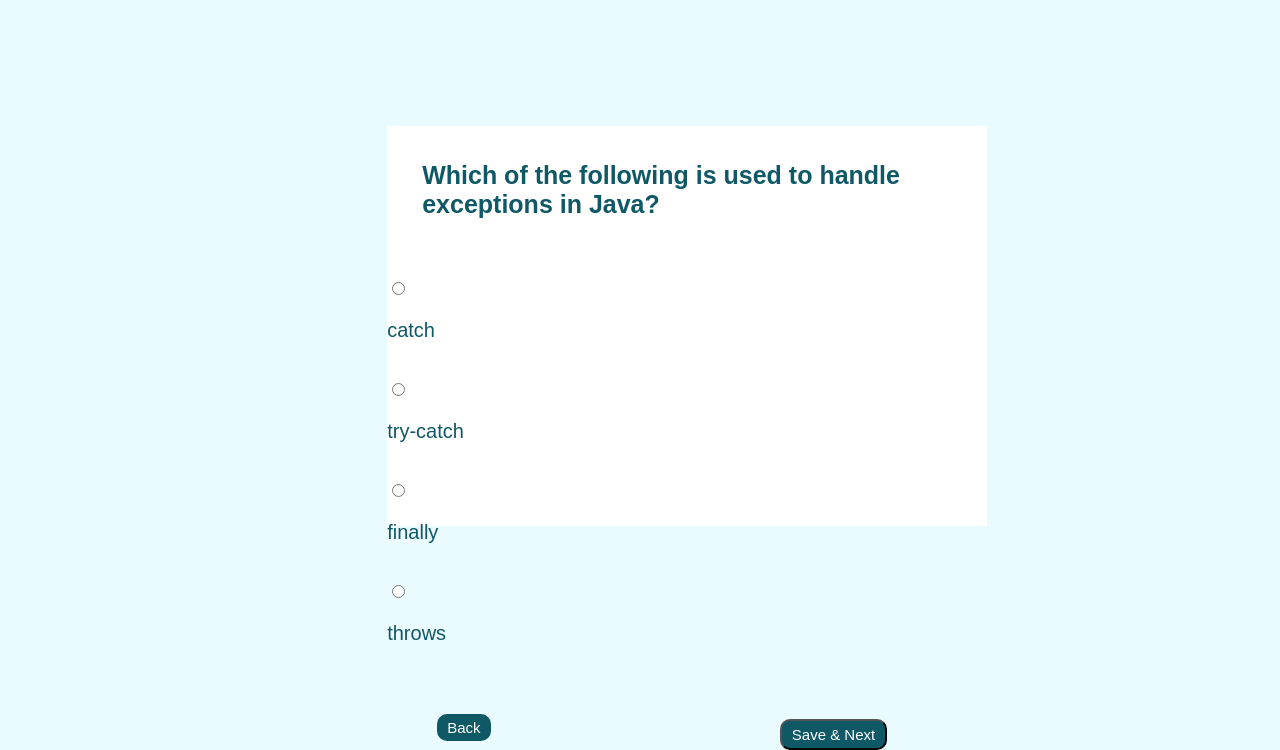
Repository: Rupali-8062Chourasiya5279/Internship_Task_Rupali
Page: Programming Language/quiz/QuizApp/src/main/webapp/First.html
The author's editor kept a copy of each file at every save. The page is drawn from the files as they stood at one save, then again after the next save.
The browser window is 1280 px wide. The pictures show the whole page.

Above is the page before, as saved 2025-01-24 13:49:19.

After the next save:
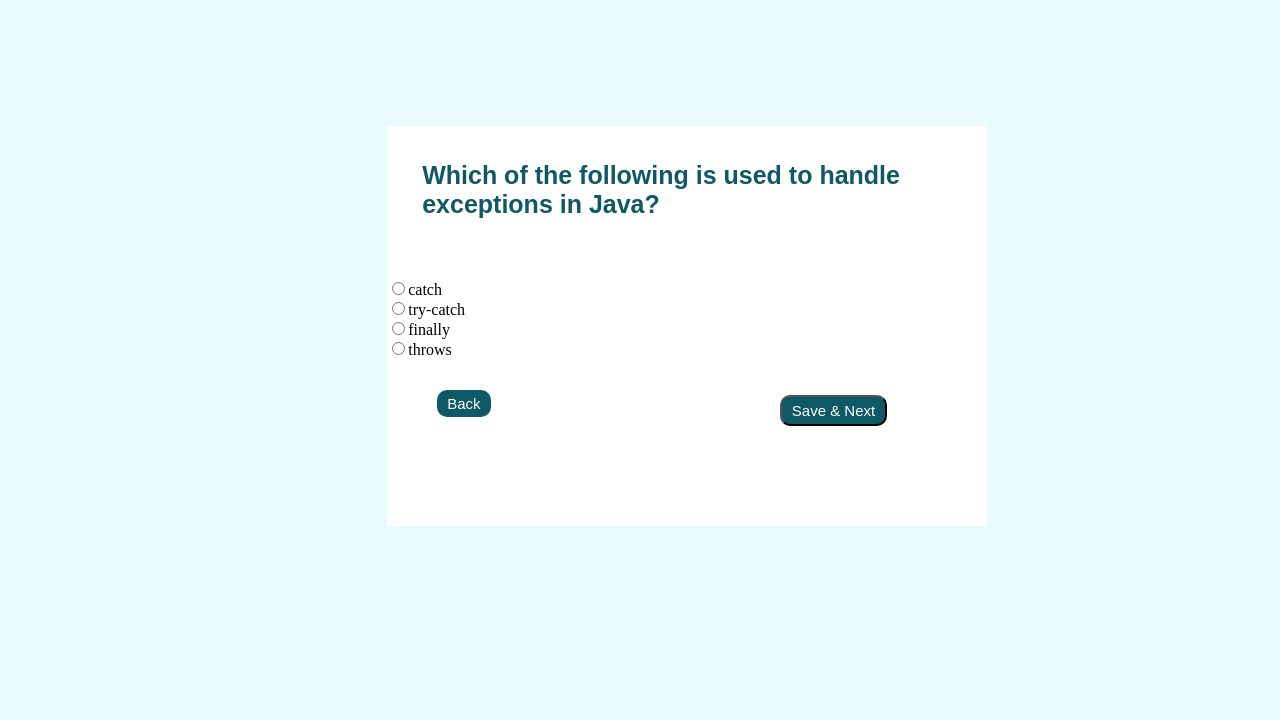
Saved 36 s later.
--- a/Programming Language/quiz/QuizApp/src/main/webapp/First.html
+++ b/Programming Language/quiz/QuizApp/src/main/webapp/First.html
@@ -35,12 +35,6 @@ margin-top: 10%;
  font-size: 15px;
  border-radius: 10px;
  }
- .i1
- {
- color:#0f5866;
- font-family: sans-serif;
- font-size: 20px;
- }
  #sub
  {
  font: bold;
@@ -63,10 +57,10 @@ margin-top: 10%;
 	<form action="First">
 	<div id="div1">
 	<h3>Which of the following is used to handle exceptions in Java?</h3>
-	<input type="radio" name="q1" value="catch"><p class="i1" >catch</p></input><br>
-	<input type="radio" name="q1" value="try-catch"><p class="i1" >try-catch</p></input><br>
-	<input type="radio" name="q1" value="finally"><p class="i1" >finally</p></input><br>
-	<input type="radio" name="q1" value="throws"><p class="i1" >throws</p></input><br>
+	<input type="radio" name="q1" value="catch">catch</input><br>
+	<input type="radio" name="q1" value="try-catch">try-catch</input><br>
+	<input type="radio" name="q1" value="finally">finally</input><br>
+	<input type="radio" name="q1" value="throws">throws</input><br>
 	<br><br>
 	<a id = "a" href="rules.html">Back</a>
 	<input id = "sub" type="submit" value="Save & Next">
